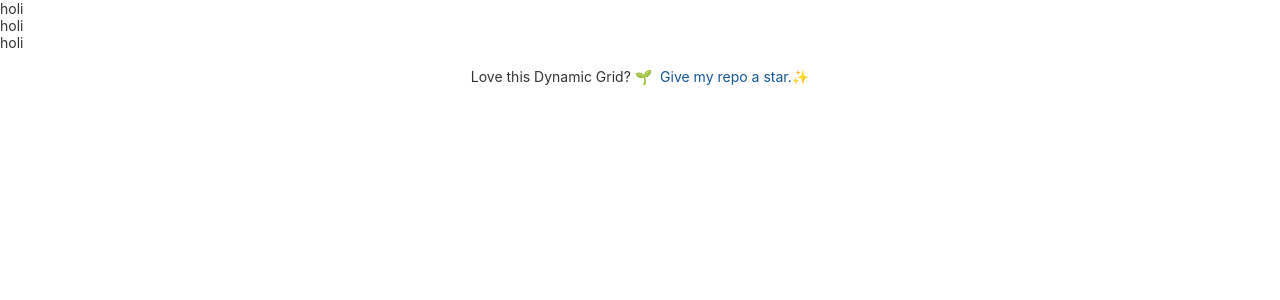
Repository: atzin-escandia/dynamic-angular-grid-factory
Page: /
These files come from the project's save history. The page is drawn as it stood at one moment and after the next save; the edit follows.
The browser window is 1280 px wide. The pictures show the whole page.
The project was rebuilt for these pictures with package versions that can differ from the ones it lists, and the page was loaded fresh each time. Also part of the build but not shown: angular.json.

Above is the page before, as saved 2023-08-16 14:33:43.

After the next save:
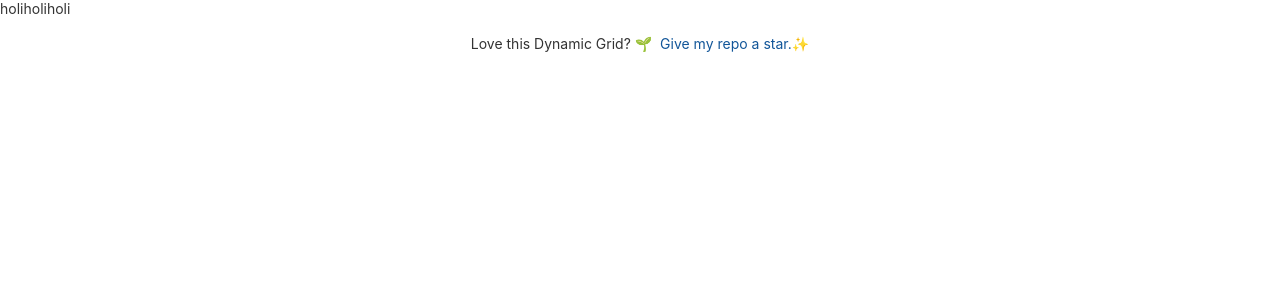
Saved 5 s later.
--- a/src/app/component-example/component-example.component.html
+++ b/src/app/component-example/component-example.component.html
@@ -1 +1 @@
-<div>holi</div>
+<holi>holi</holi>

After the save that followed:
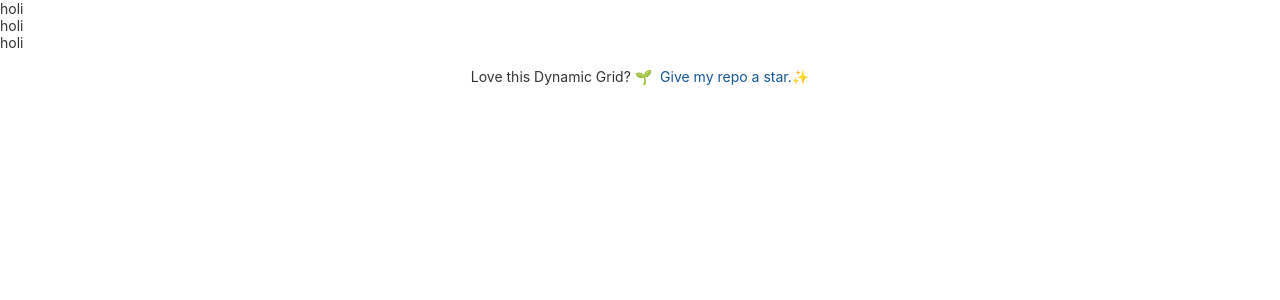
Saved 12 s later.
--- a/src/app/component-example/component-example.component.html
+++ b/src/app/component-example/component-example.component.html
@@ -1 +1 @@
-<holi>holi</holi>
+<div>holi</div>
